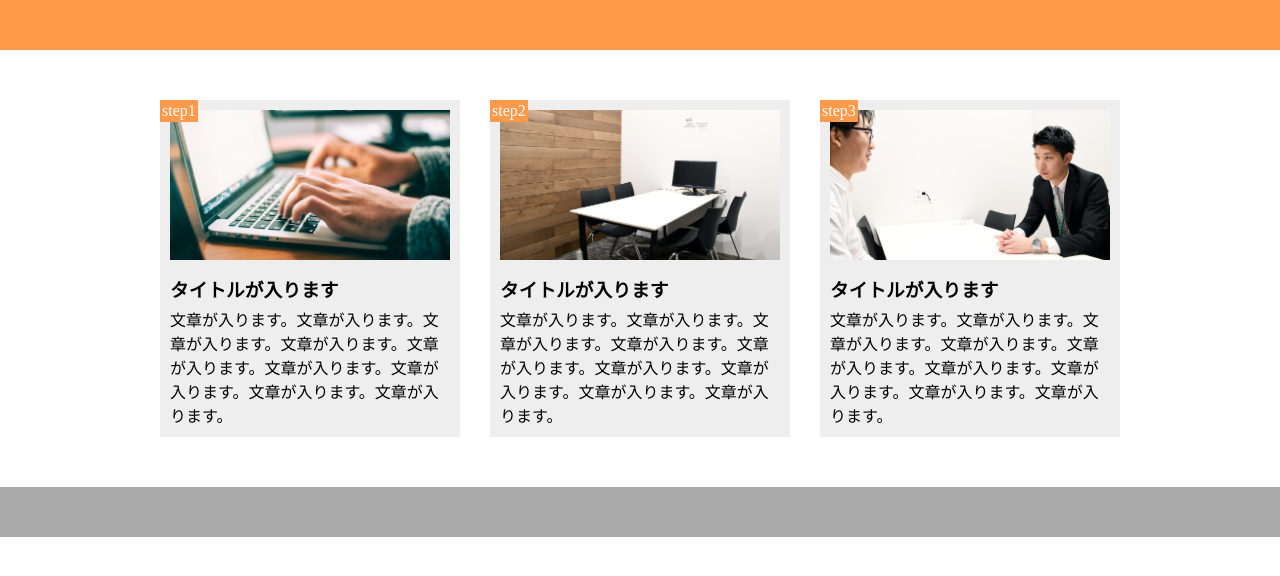
Repository: menyuu/test-html-CSS-practice
Page: exercise/chapter9_exercise.html
The author's editor kept a record of every edit. The page is drawn from the files as they stood at one moment, then again after the next edit.
The browser window is 1280 px wide. The pictures show the whole page.

Above is the page before.

After the next edit:
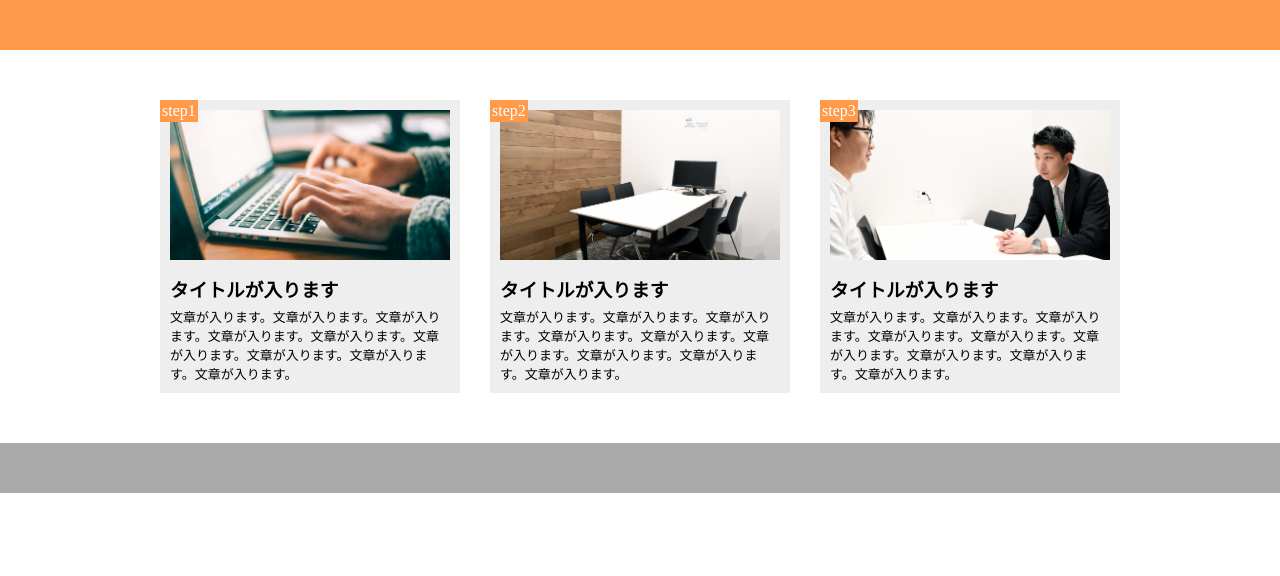
The edit:
--- a/exercise/style9.css
+++ b/exercise/style9.css
@@ -40,6 +40,10 @@
   margin: 15px 0 5px;
 }
 
+.item-text {
+  font-size: small;
+}
+
 .item-image {
   width: 100%;
   height: 150px;
